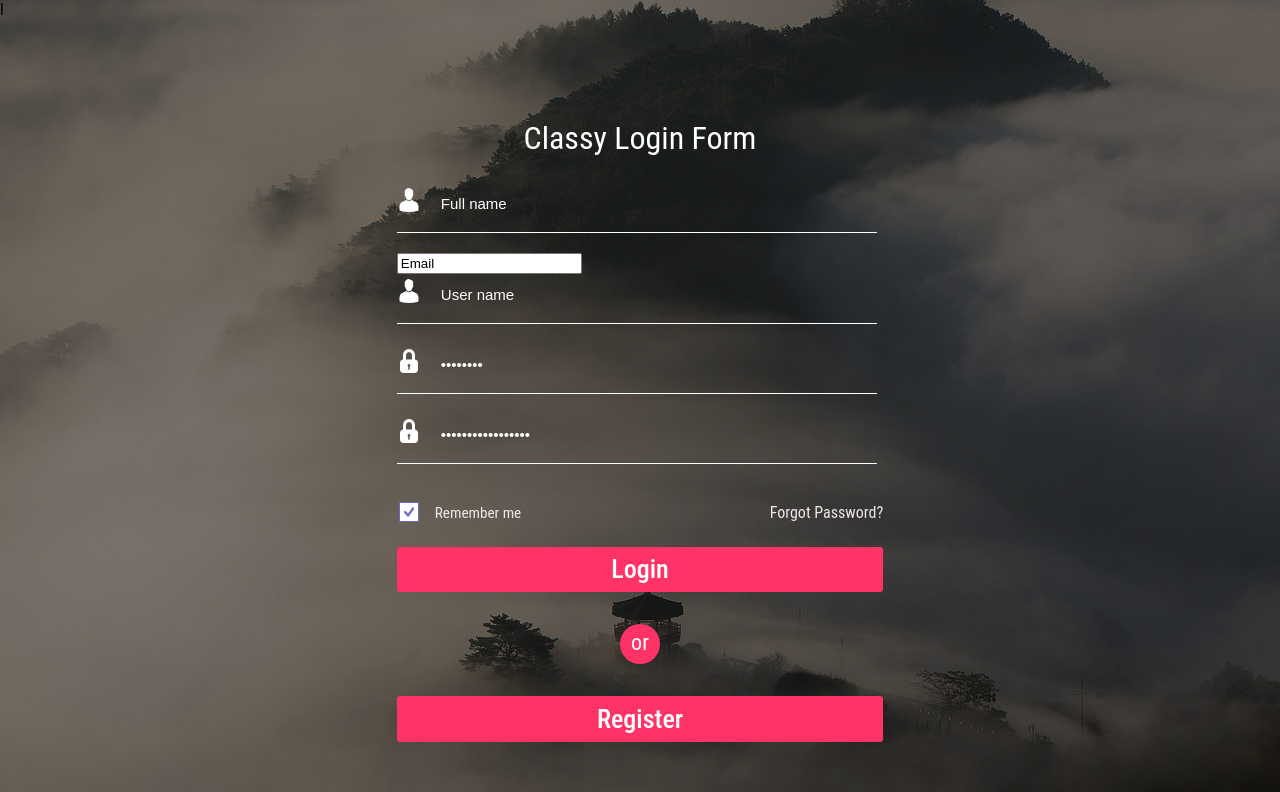
Repository: hosi04/BaiTapWeb
Page: http://localhost/BaiTapWeb_Login/views/register.jsp
These files come from the project's save history. The page is drawn as it stood at one moment and after the next save; the edit follows.
The browser window is 1280 px wide. The pictures show the whole page.
Backgrounds fixed to the window are drawn as part of the page. The page is served by Tomcat 9.

Above is the page before, as saved 2024-09-07 14:02:54.

After the next save:
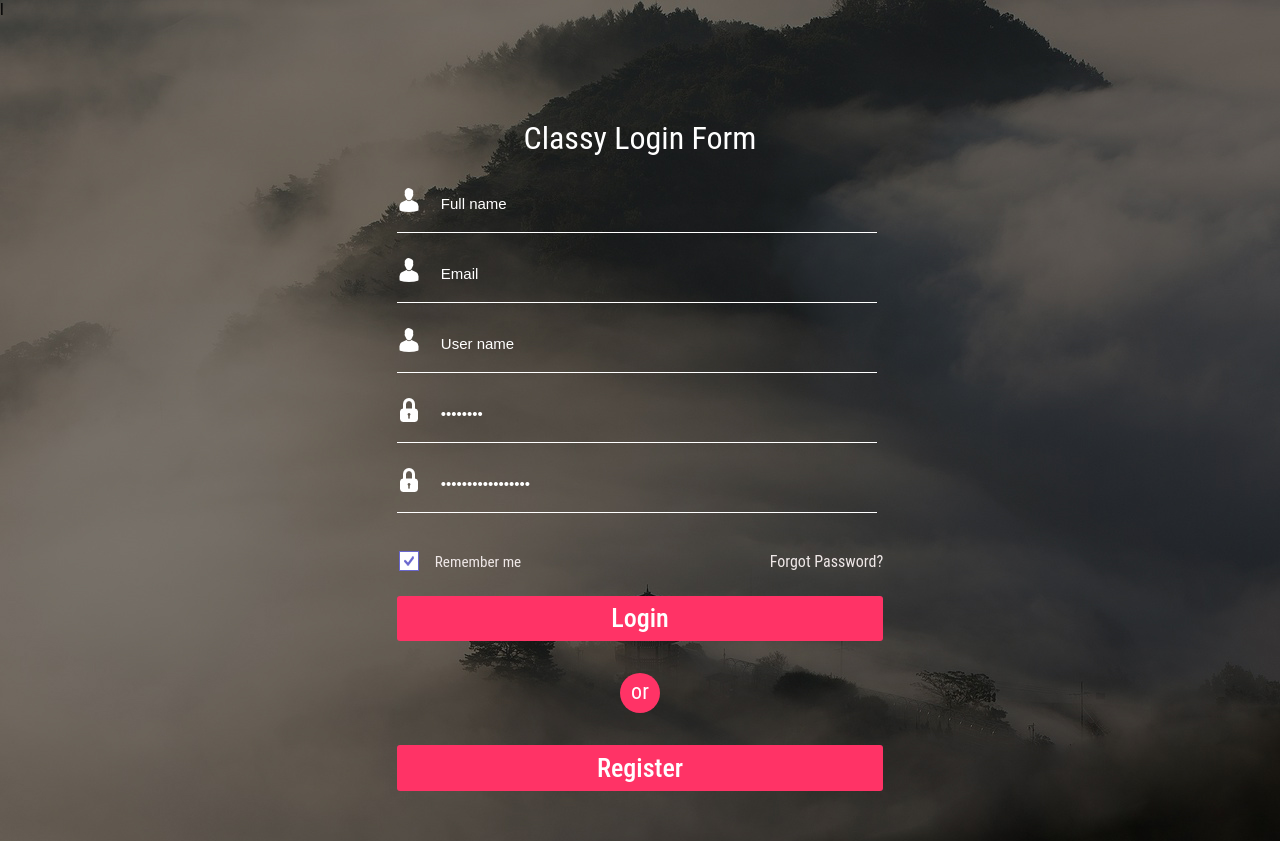
Saved 15 s later.
--- a/BaiTapWeb_Login/src/main/webapp/views/register.jsp
+++ b/BaiTapWeb_Login/src/main/webapp/views/register.jsp
@@ -27,7 +27,7 @@ String url = request.getScheme() + "://" + request.getServerName() + ":" + reque
 
 					 <form action="<%=url %>/Register" method="post">
 					 	<input type="text"  value="Full name" name="name" onfocus="this.value = '';" onblur="if (this.value == '') {this.value = 'Full name';}"/>
-					 	<input type="email"  value="Email" name="email" onfocus="this.value = '';" onblur="if (this.value == '') {this.value = 'Email';}"/>
+					 	<input type="text"  value="Email" name="email" onfocus="this.value = '';" onblur="if (this.value == '') {this.value = 'Email';}"/>
 						<input type="text"  value="User name" name="username" onfocus="this.value = '';" onblur="if (this.value == '') {this.value = 'User name';}"/>
 						<input type="password"  value="Password" name="password" onfocus="this.value = '';" onblur="if (this.value == '') {this.value = 'password';}"/>
 						<input type="password"  value="Re-enter password" name="repassword" onfocus="this.value = '';" onblur="if (this.value == '') {this.value = 'Re-enter password';}"/>
